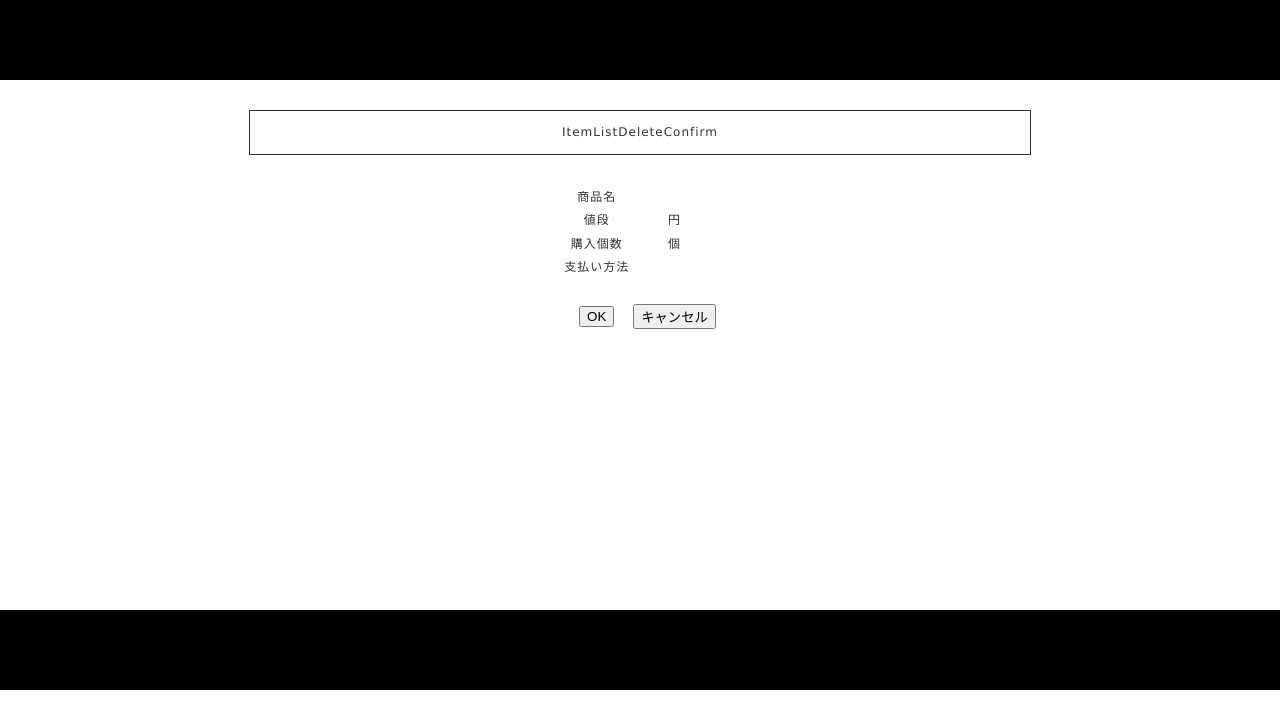
Repository: xiezom/test
Page: http://localhost/ecsite/itemListDeleteConfirm.jsp
These files come from the project's save history. The page is drawn as it stood at one moment and after the next save; the edit follows.
The browser window is 1280 px wide. The pictures show the whole page.
Some web libraries are served in a nearby version. The page is served by Tomcat 9. Other server files are loaded and not shown.

Above is the page before, as saved 2019-03-18 02:05:02.

### ecsite/WebContent/itemListDeleteConfirm.jsp
<%@ page language="java" contentType="text/html; charset=UTF-8"
	pageEncoding="UTF-8"%>
<%@ taglib prefix="s" uri="/struts-tags"%>
<!DOCTYPE html>
<html>
<head>
	<meta http-equiv="Content-Type" content="text/html; charset=utf-8" />
	<meta http-equiv="Content-Style-Type" content="text/css" />
	<meta http-equiv="Content-Script-Type" content="text/javascript" />
	<meta http-equiv="imagetoolbar" content="no" />
	<meta name="description" content="" />
	<meta name="keywords" content="" />
	<script src="http://ajax.googleapis.com/ajax/libs/jquery/1.9.1/jquery.min.js"></script>
	<title>ItemListDeleteConfirm画面</title>

	<style type="text/css">

		body {
			margin: 0;
			padding: 0;
			line-height: 1.6;
			letter-spacing: 1px;
			font-family: Verdana,Helvetica,sans-serif;
			font-size: 12px;
			color: #333;
			background: #fff;
		}

		table {
			text-align: center;
			margin:0 auto;
		}

		.top {
			width: 780px;
			margin: 30px auto;
			border: 1px solid #333;
		}

		.header {
			width: 100%;
			height: 80px;
			background-color: black;
		}

		.main {
			width: 100%;
			height: 500px;
			text-align: center;
		}

		.footer {
			width:100%;
			height: 80px;
			background-color: black;
			clear: both;
		}

	</style>

	<script type="text/javascript">
		function submitAction(url) {
			$('form').attr('action', url);
			$('form').submit();
		}
	</script>
</head>

<body>
	<div class="header">
		<div class="pr"></div>
	</div>
	<div class="main">

		<div class="top">
			<p>ItemListDeleteConfirm</p>
		</div>

		<div>
			<s:form>

				<tr>
					<td>商品名</td>
					<td><s:property value="session.buyItem_name" /></td>
				</tr>

				<tr>
					<td>値段</td>
					<td><s:property value="session.buyItem_price" /><span>円</span></td>
				</tr>

				<tr>
					<td>購入個数</td>
					<td><s:property value="session.count" /><span>個</span></td>
				</tr>

				<tr>
					<td>支払い方法</td>
					<td><s:property value="session.pay" /></td>
				</tr>

				<tr>
					<td><br></td>
				</tr>

				<tr>
					<td><input type="button" value="OK" onclick="submitAction('ItemListDeleteCompleteAction')" /></td>
					<td><input type="button" value="キャンセル" onclick="submitAction('ItemListAction')" /></td>
				</tr>
			</s:form>
		</div>

	</div>

	<div class="footer">
		<div class="pr"></div>
	</div>

</body>
</html>

After the next save:
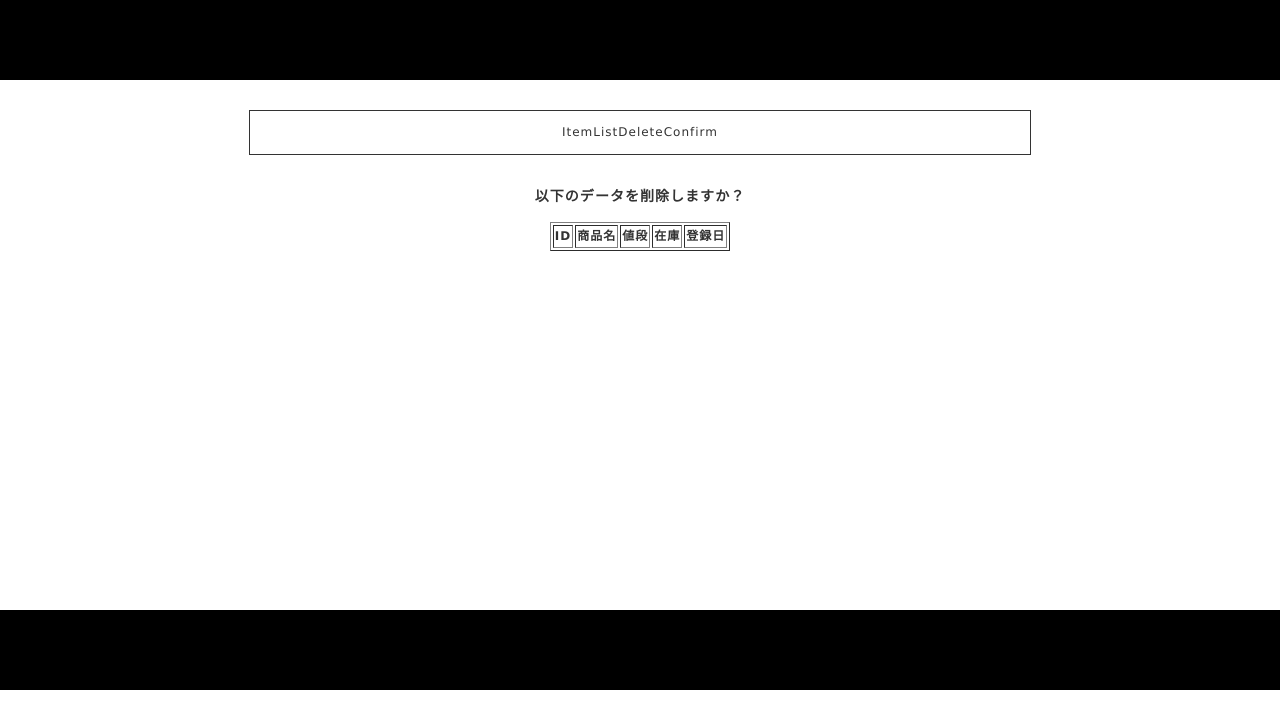
Saved 113 s later.
--- a/ecsite/WebContent/itemListDeleteConfirm.jsp
+++ b/ecsite/WebContent/itemListDeleteConfirm.jsp
@@ -78,35 +78,26 @@
 
 		<div>
 			<s:form>
+				<h3>以下のデータを削除しますか？</h3>
+				<table border="1">
+				<tr>
+					<th>ID</th>
+					<th>商品名</th>
+					<th>値段</th>
+					<th>在庫</th>
+					<th>登録日</th>
 
-				<tr>
-					<td>商品名</td>
-					<td><s:property value="session.buyItem_name" /></td>
 				</tr>
-
-				<tr>
-					<td>値段</td>
-					<td><s:property value="session.buyItem_price" /><span>円</span></td>
-				</tr>
-
-				<tr>
-					<td>購入個数</td>
-					<td><s:property value="session.count" /><span>個</span></td>
-				</tr>
-
-				<tr>
-					<td>支払い方法</td>
-					<td><s:property value="session.pay" /></td>
-				</tr>
-
-				<tr>
-					<td><br></td>
-				</tr>
-
-				<tr>
-					<td><input type="button" value="OK" onclick="submitAction('ItemListDeleteCompleteAction')" /></td>
-					<td><input type="button" value="キャンセル" onclick="submitAction('ItemListAction')" /></td>
-				</tr>
+				<s:iterator value="itemListDTOList">
+					<tr>
+						<td><s:property value="id"/></td>
+					  	<td><s:property value="itemName"/></td>
+					  	<td><s:property value="itemPrice"/><span>円</span></td>
+					  	<td><s:property value="itemStock"/><span>個</span></td>
+					  	<td><s:property value="insert_date"/></td>
+					</tr>
+				</s:iterator>
+			</table>
 			</s:form>
 		</div>
 
